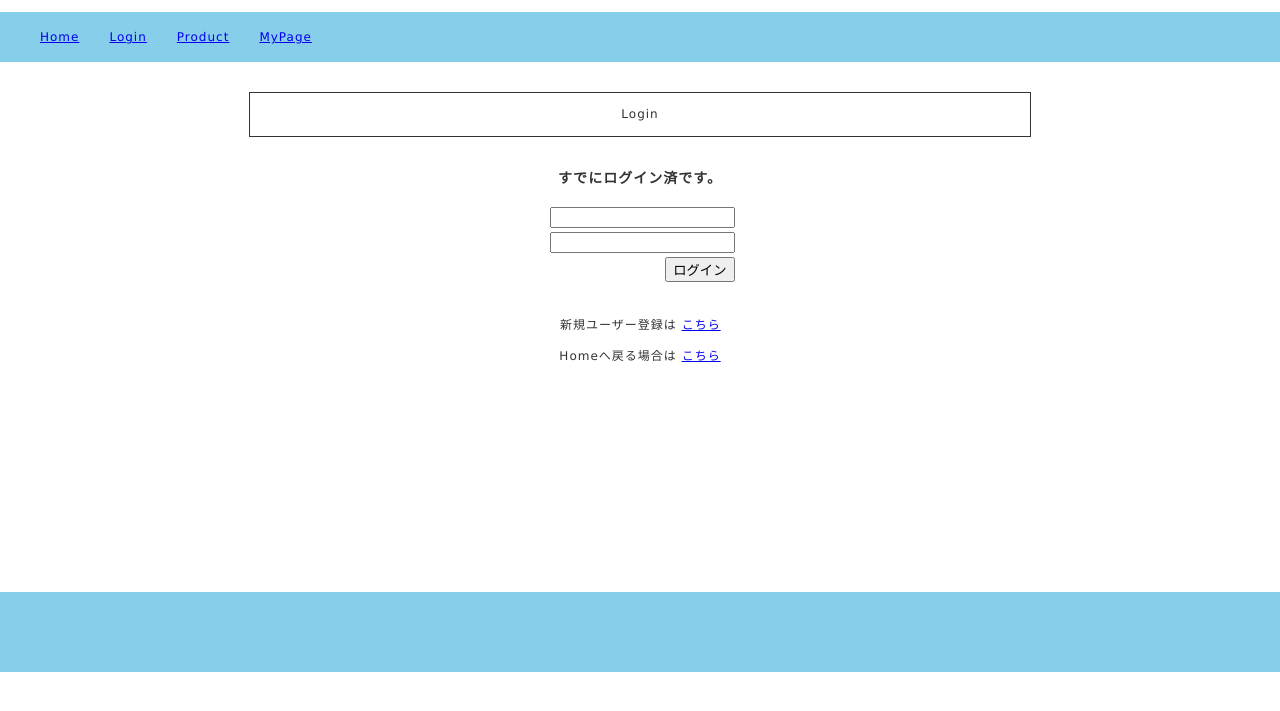
Repository: RYOYAEGAWA/test
Page: http://localhost/ecsite_a/AlreadyLogged.jsp
An editor plug-in stored every save of this project. The page is shown before and after the next save, followed by the edit.
The browser window is 1280 px wide. The pictures show the whole page.
The page is served by Tomcat 9. Other server files are loaded and not shown.

Above is the page before, as saved 2018-05-28 05:20:41.

### java/Eclipse_Data/ecsite_a/WebContent/AlreadyLogged.jsp
<%@ page language="java" contentType="text/html; charset=UTF-8" pageEncoding="UTF-8"%>
<%@ taglib prefix="s" uri="/struts-tags"%>

<!DOCTYPE html>
<html>
<head>
		<meta http-equiv="Content-Type" content="text/html; charset=utf-8"/>
		<meta http-equiv="Content-Style-Type" content="text/css" />
		<meta http-equiv="Content-Script-Type" content="text/javascript" />
		<meta http-equiv="imagetoolbar" content="no" />
		<meta name="description" content="" />
		<meta name="keywords" content="" />
		<title>AlreadyLogged画面</title>

	<style type="text/css">

		body {
		margin:0;
		padding:0;
		line-height:1.6;
		letter-spacing:1px;
		font-family:Verdana, Helvetica, sans-serif;
		font-size:12px;
		color:#333;
		background:#fff;
		}

		table {
		text-align:center;
		margin:0 auto;
		}

		#top {
		width:780px;
		margin:30px auto;
		border:1px solid #333;
		}

		/* #header {
		width: 100%;
		height: 80px;
		background-color: black;
		} */

		#main {
		width: 100%;
		height: 500px;
		text-align: center;
		}

		#footer {
		width: 100%;
		height: 80px;
		background-color: skyblue;
		clear: both;
		}

		#text-link {
		display:inline-block;
		text-align:right;

		}

	</style>
</head>
<body>
<s:include value="Header.jsp"></s:include>
		<!-- <div id="header">
				<div id="pr">
				</div>
		</div> -->
		<div id="main">
				<div id="top">
				<p>Login</p>
				</div>
		<div>

				<h3>すでにログイン済です。</h3>
				<s:form action="LoginAction">
						<s:textfield name="loginUserId"/>
						<s:password name="loginPassword"/>
						<s:submit value="ログイン"/>
				</s:form>
				<br/>
				<div id="text-link">
					<p>新規ユーザー登録は
							<a href='<s:url action="UserCreateAction" />'>こちら</a></p>
					<p>Homeへ戻る場合は
							<a href='<s:url action="GoHomeAction" />'>こちら</a></p>
				</div>
</div>
</div>


	<div id="footer">
			<div id="pr">
			</div>
	</div>
</body>
</html>

### java/Eclipse_Data/ecsite_a/WebContent/Header.jsp
<%@ page language="java" contentType="text/html; charset=UTF-8" pageEncoding="UTF-8"%>
<%@ taglib prefix="s" uri="/struts-tags" %>

<!DOCTYPE html>
<html>
<head>
		<meta http-equiv="Content-Type" content="text/html; charset=utf-8"/>
		<meta http-equiv="Content-Style-Type" content="text/css" />
		<meta http-equiv="Content-Script-Type" content="text/javascript" />
		<meta http-equiv="imagetoolbar" content="no" />
		<meta name="description" content="" />
		<meta name="keywords" content="" />
		<title>header表示</title>

		<style type="text/css">
		.contents {
		height:50px;
		width:100%;
		background-color:skyblue;
		line-height:30px;
		}

		li{
		float:left;
		list-style:none;
		color:black;
		padding-right:30px;
		padding-top:10px;


		}

		</style>
</head>
<body>

<!-- ヘッダーのメニュー内容 -->
<header>
	<div class="contents">
		<ul>
			<li><a href='<s:url action="GoHomeAction"/>'>Home</a></li>
			<li><a href='<s:url action="GoLoginAction"/>'>Login</a></li>
			<li><a href='<s:url action="ProductPageAction"/>'>Product</a></li>
			<li><a href='<s:url action="MyPageAction"/>'>MyPage</a></li>
		</ul>
	</div>
</header>





</body>
</html>

After the next save:
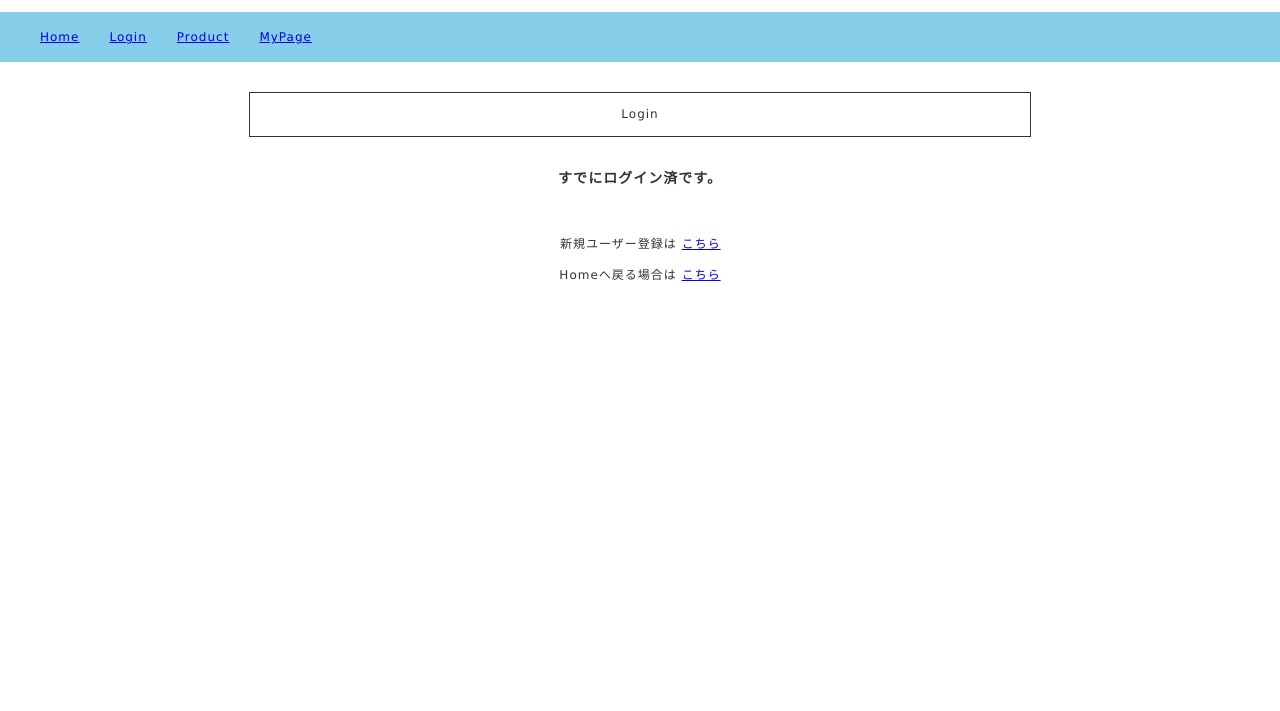
Saved 118 s later.
--- a/java/Eclipse_Data/ecsite_a/WebContent/AlreadyLogged.jsp
+++ b/java/Eclipse_Data/ecsite_a/WebContent/AlreadyLogged.jsp
@@ -48,12 +48,12 @@
 		text-align: center;
 		}
 
-		#footer {
+		/* #footer {
 		width: 100%;
 		height: 80px;
 		background-color: skyblue;
 		clear: both;
-		}
+		} */
 
 		#text-link {
 		display:inline-block;
@@ -76,11 +76,7 @@
 		<div>
 
 				<h3>すでにログイン済です。</h3>
-				<s:form action="LoginAction">
-						<s:textfield name="loginUserId"/>
-						<s:password name="loginPassword"/>
-						<s:submit value="ログイン"/>
-				</s:form>
+
 				<br/>
 				<div id="text-link">
 					<p>新規ユーザー登録は
